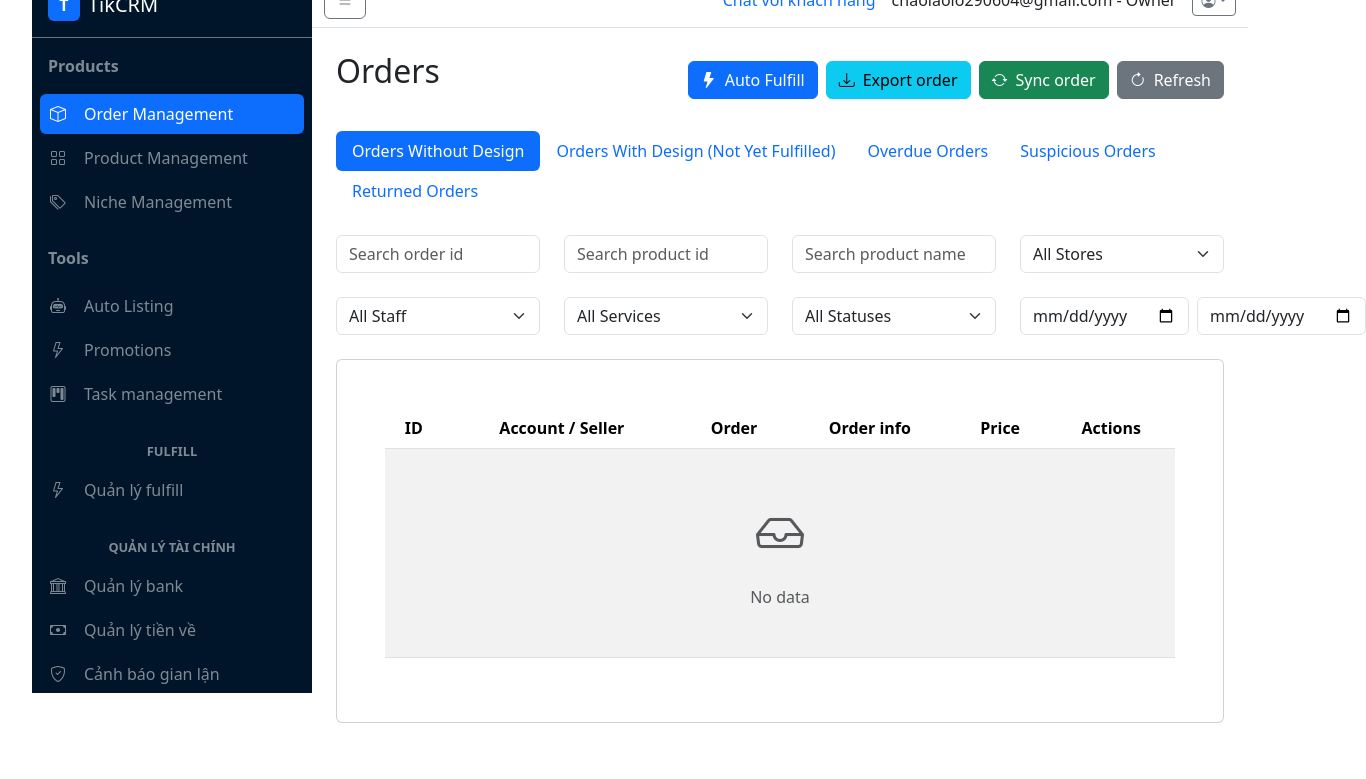
Repository: chaolaolo/tikcrm-fe
Page: /dashboard
The author's editor kept a copy of each file at every save. The page is drawn from the files as they stood at one save, then again after the next save.
The browser window is 1280 px wide. The page is 1366 px wide, so the pictures cover 1366 px, including what lies to the right of the window. The pictures show the whole page.
The project was rebuilt for these pictures with package versions that can differ from the ones it lists, and the page was loaded fresh each time. Some packages were replaced by stand-ins written for this rebuild. Also part of the build but not shown: vite.config.ts, src/pages/Auth/Login/LoginPage.tsx, src/pages/Auth/Register/RegisterPage.tsx, src/pages/Home/Settings.tsx, src/pages/Home/HomePage.tsx, src/pages/Auth/ForgotPassword/ForgotPassword.tsx.

Above is the page before, as saved 2025-05-23 12:49:10.

### src/main.tsx
import React, { StrictMode } from 'react'
import ReactDOM from 'react-dom/client';
import { createRoot } from 'react-dom/client'
import './index.css'
import { BrowserRouter } from 'react-router-dom';
import { AuthProvider } from './store/AuthContext.tsx';
import App from './App.tsx'
import 'antd/dist/reset.css';
import 'bootstrap/dist/css/bootstrap.min.css';
import 'bootstrap/dist/js/bootstrap.bundle.min.js';

ReactDOM.createRoot(document.getElementById('root')!).render(
  <React.StrictMode>
    <AuthProvider>
      <BrowserRouter>
        <App />
      </BrowserRouter>
    </AuthProvider>
  </React.StrictMode>
)

### src/store/AuthContext.tsx
import React, { createContext, useContext, useState, type ReactNode } from 'react';

interface AuthContextProps {
  isLoggedIn: boolean;
  login: () => void;
  logout: () => void;
}

const AuthContext = createContext<AuthContextProps | undefined>(undefined);

export const AuthProvider = ({ children }: { children: ReactNode }) => {
  const [isLoggedIn, setIsLoggedIn] = useState(false);

  const login = () => setIsLoggedIn(true);
  const logout = () => setIsLoggedIn(false);

  return (
    <AuthContext.Provider value={{ isLoggedIn, login, logout }}>
      {children}
    </AuthContext.Provider>
  );
};

export const useAuth = () => {
  const context = useContext(AuthContext);
  if (!context) throw new Error('useAuth must be used within AuthProvider');
  return context;
};

### src/App.tsx
// import { useState } from 'react'
// import reactLogo from './assets/react.svg'
// import viteLogo from '/vite.svg'
// import './App.css'
// import { useAuth } from './store/AuthContext';
// import { Navigate, Route, Routes } from 'react-router-dom';
// import LoginPage from './pages/Auth/Login/LoginPage';
// import RegisterPage from './pages/Auth/Register/RegisterPage';
// import HomePage from './pages/Home/HomePage';
// import 'bootstrap/dist/css/bootstrap.min.css';
// import 'bootstrap/dist/js/bootstrap.bundle.min.js';
// import 'antd/dist/reset.css'
// import ForgotPassword from './pages/Auth/ForgotPassword/ForgotPassword';

// const App = () => {
//   const { isLoggedIn } = useAuth();

//   return (
//     <Routes>
//       <Route path="/login" element={<LoginPage />} />
//       <Route path="/register" element={<RegisterPage />} />
//       <Route path="/forgot-password" element={<ForgotPassword />} />
//       <Route
//         path="/home/*"
//         element={isLoggedIn ? <HomePage /> : <Navigate to="/login" />}
//       />
//       <Route path="*" element={<Navigate to={isLoggedIn ? "/home" : "/login"} />} />
//     </Routes>
//   );
// };

// export default App;


import { useState } from 'react'
import reactLogo from './assets/react.svg'
import viteLogo from '/vite.svg'
import './App.css'
import { useAuth } from './store/AuthContext';
import { Navigate, Route, Routes } from 'react-router-dom';
import LoginPage from './pages/Auth/Login/LoginPage';
import RegisterPage from './pages/Auth/Register/RegisterPage';
import HomePage from './pages/Home/HomePage';
import 'bootstrap/dist/css/bootstrap.min.css';
import 'bootstrap/dist/js/bootstrap.bundle.min.js';
import 'bootstrap-icons/font/bootstrap-icons.css';
import 'antd/dist/reset.css'
import ForgotPassword from './pages/Auth/ForgotPassword/ForgotPassword';
import Dashboard from './pages/Dashboard/Dashboard';

const App = () => {
  const { isLoggedIn } = useAuth();

  return (
    <Routes>
      <Route path="/login" element={<LoginPage />} />
      <Route path="/register" element={<RegisterPage />} />
      <Route path="/forgot-password" element={<ForgotPassword />} />
      <Route path="/dashboard" element={<Dashboard />} />
      {/* <Route
        path="/dashboard"
        element={isLoggedIn ? <Dashboard /> : <Navigate to="/login" />}
      /> */}
      <Route
        path="/home/*"
        element={isLoggedIn ? <HomePage /> : <Navigate to="/login" />}
      />
      <Route path="*" element={<Navigate to={isLoggedIn ? "/dashboard" : "/login"} />} />
    </Routes>
  );
};

export default App;

### src/pages/Dashboard/Dashboard.tsx
import React, { useState } from 'react';
import Layout from '../Layouts/Layout';

const Dashboard: React.FC = () => {
  return (
    <Layout>
      <div>
        <div className="d-flex justify-content-between align-items-center mb-4">
          <h2>Orders</h2>
          <div className="d-flex gap-2">
            <button className="btn btn-primary">
              <i className="bi bi-lightning-fill me-2"></i>
              Auto Fulfill
            </button>
            <button className="btn btn-info">
              <i className="bi bi-download me-2"></i>
              Export order
            </button>
            <button className="btn btn-success">
              <i className="bi bi-arrow-repeat me-2"></i>
              Sync order
            </button>
            <button className="btn btn-secondary">
              <i className="bi bi-arrow-clockwise me-2"></i>
              Refresh
            </button>
          </div>
        </div>

        {/* Order Status Tabs */}
        <div className="mb-4">
          <ul className="nav nav-pills">
            <li className="nav-item">
              <a className="nav-link active" href="#">Orders Without Design</a>
            </li>
            <li className="nav-item">
              <a className="nav-link" href="#">Orders With Design (Not Yet Fulfilled)</a>
            </li>
            <li className="nav-item">
              <a className="nav-link" href="#">Overdue Orders</a>
            </li>
            <li className="nav-item">
              <a className="nav-link" href="#">Suspicious Orders</a>
            </li>
            <li className="nav-item">
              <a className="nav-link" href="#">Returned Orders</a>
            </li>
          </ul>
        </div>

        {/* Filters */}
        <div className="row mb-4">
          <div className="col-md-3">
            <input type="text" className="form-control" placeholder="Search order id" />
          </div>
          <div className="col-md-3">
            <input type="text" className="form-control" placeholder="Search product id" />
          </div>
          <div className="col-md-3">
            <input type="text" className="form-control" placeholder="Search product name" />
          </div>
          <div className="col-md-3">
            <select className="form-select">
              <option>All Stores</option>
            </select>
          </div>
        </div>

        <div className="row mb-4">
          <div className="col-md-3">
            <select className="form-select">
              <option>All Staff</option>
            </select>
          </div>
          <div className="col-md-3">
            <select className="form-select">
              <option>All Services</option>
            </select>
          </div>
          <div className="col-md-3">
            <select className="form-select">
              <option>All Statuses</option>
            </select>
          </div>
          <div className="col-md-3">
            <div className="d-flex gap-2">
              <input type="date" className="form-control" placeholder="Start date" />
              <input type="date" className="form-control" placeholder="End date" />
            </div>
          </div>
        </div>

        {/* Orders Table */}
        <div className="card">
          <div className="card-body">
            <table className="table table-striped">
              <thead>
                <tr>
                  <th>ID</th>
                  <th>Account / Seller</th>
                  <th>Order</th>
                  <th>Order info</th>
                  <th>Price</th>
                  <th>Actions</th>
                </tr>
              </thead>
              <tbody>
                <tr>
                  <td colSpan="6" className="text-center py-5 text-muted">
                    <div className="d-flex flex-column align-items-center">
                      <i className="bi bi-inbox" style={{ fontSize: '3rem', marginBottom: '1rem' }}></i>
                      <span>No data</span>
                    </div>
                  </td>
                </tr>
              </tbody>
            </table>
          </div>
        </div>
      </div>
    </Layout>
  );
};

export default Dashboard;

### src/pages/Auth/Login/Login.css

.custom-login-btn {
  background-color: #47bac1;
  border-color: #47bac1;
  color: #fff;
}

.custom-login-btn:hover {
  background-color: var(--bs-primary);
  border-color: var(--bs-primary);
  color: #fff;
}


.custom-hover-underline {
  text-decoration: none;
  color: #47bac1;
}

.custom-hover-underline:hover {
  text-decoration: underline;
}


.form-control:focus {
  border-color: #47bac1;
  box-shadow: 0 0 0 0.25rem rgba(71, 186, 193, 0.25);
}

### src/pages/Layouts/Layout.tsx
import React, { useState } from 'react';
import 'bootstrap/dist/css/bootstrap.min.css';

interface LayoutProps {
  children: React.ReactNode;
}

const Layout: React.FC<LayoutProps> = ({ children }) => {
  const [isCollapsed, setIsCollapsed] = useState(false);

  const toggleSidebar = () => {
    setIsCollapsed(!isCollapsed);
  };

  return (
    <div className="d-flex" style={{ minHeight: '100vh' }}>
      {/* Sidebar */}
      <div
        className={`text-white position-fixed h-100 ${isCollapsed ? 'collapsed-sidebar' : ''}`}
        style={{
          width: isCollapsed ? '60px' : '280px',
          transition: 'width 0.3s ease',
          zIndex: 1000,
          overflowY: 'auto',
          overflowX: 'hidden',
          background: '#001529',
        }}
      >
        {/* Header */}
        <div className="p-3 border-bottom border-secondary">
          <div className="d-flex align-items-center">
            <div
              className="bg-primary rounded d-flex align-items-center justify-content-center me-2"
              style={{ width: '32px', height: '32px', fontSize: '16px', fontWeight: 'bold' }}
            >
              T
            </div>
            {!isCollapsed && <h5 className="mb-0 text-white">TikCRM</h5>}
          </div>
        </div>

        {/* Menu Items */}
        <div className="py-3">
          {/* Products Section */}
          <div className="px-3 mb-2 text-start">
            {!isCollapsed && <p className="text-white-50 fw-bold">Products</p>}
          </div>

          <div className="px-2">
            <a href="#" className="d-flex align-items-center text-white text-decoration-none p-2 rounded mb-1 bg-primary">
              <i className="bi bi-box me-3" style={{ width: '20px' }}></i>
              {!isCollapsed && <span>Order Management</span>}
            </a>
            <a href="#" className="d-flex align-items-center text-white-50 text-decoration-none p-2 rounded mb-1 hover-bg-secondary">
              <i className="bi bi-grid me-3" style={{ width: '20px' }}></i>
              {!isCollapsed && <span>Product Management</span>}
            </a>
            <a href="#" className="d-flex align-items-center text-white-50 text-decoration-none p-2 rounded mb-1 hover-bg-secondary">
              <i className="bi bi-tags me-3" style={{ width: '20px' }}></i>
              {!isCollapsed && <span>Niche Management</span>}
            </a>
          </div>

          {/* Tools Section */}
          <div className="px-3 mb-2 mt-4 text-start">
            {!isCollapsed && <p className="text-white-50 fw-bold">Tools</p>}
          </div>

          <div className="px-2">
            <a href="#" className="d-flex align-items-center text-white-50 text-decoration-none p-2 rounded mb-1 hover-bg-secondary">
              <i className="bi bi-robot me-3" style={{ width: '20px' }}></i>
              {!isCollapsed && <span>Auto Listing</span>}
            </a>
            <a href="#" className="d-flex align-items-center text-white-50 text-decoration-none p-2 rounded mb-1 hover-bg-secondary">
              <i className="bi bi-lightning me-3" style={{ width: '20px' }}></i>
              {!isCollapsed && <span>Promotions</span>}
            </a>
            <a href="#" className="d-flex align-items-center text-white-50 text-decoration-none p-2 rounded mb-1 hover-bg-secondary">
              <i className="bi bi-kanban me-3" style={{ width: '20px' }}></i>
              {!isCollapsed && <span>Task management</span>}
            </a>
          </div>

          {/* Fulfill Section */}
          <div className="px-3 mb-2 mt-4">
            {!isCollapsed && <small className="text-white-50 text-uppercase fw-bold">Fulfill</small>}
          </div>

          <div className="px-2">
            <a href="#" className="d-flex align-items-center text-white-50 text-decoration-none p-2 rounded mb-1 hover-bg-secondary">
              <i className="bi bi-lightning me-3" style={{ width: '20px' }}></i>
              {!isCollapsed && <span>Quản lý fulfill</span>}
            </a>
          </div>

          {/* Quản lý tài chính Section */}
          <div className="px-3 mb-2 mt-4">
            {!isCollapsed && <small className="text-white-50 text-uppercase fw-bold">Quản lý tài chính</small>}
          </div>

          <div className="px-2">
            <a href="#" className="d-flex align-items-center text-white-50 text-decoration-none p-2 rounded mb-1 hover-bg-secondary">
              <i className="bi bi-bank me-3" style={{ width: '20px' }}></i>
              {!isCollapsed && <span>Quản lý bank</span>}
            </a>
            <a href="#" className="d-flex align-items-center text-white-50 text-decoration-none p-2 rounded mb-1 hover-bg-secondary">
              <i className="bi bi-cash me-3" style={{ width: '20px' }}></i>
              {!isCollapsed && <span>Quản lý tiền về</span>}
            </a>
            <a href="#" className="d-flex align-items-center text-white-50 text-decoration-none p-2 rounded mb-1 hover-bg-secondary">
              <i className="bi bi-shield-check me-3" style={{ width: '20px' }}></i>
              {!isCollapsed && <span>Cảnh báo gian lận</span>}
            </a>
          </div>

          {/* Accounts Section */}
          <div className="px-3 mb-2 mt-4">
            {!isCollapsed && <small className="text-white-50 text-uppercase fw-bold">Accounts</small>}
          </div>

          <div className="px-2">
            <a href="#" className="d-flex align-items-center text-white-50 text-decoration-none p-2 rounded mb-1 hover-bg-secondary">
              <i className="bi bi-shop me-3" style={{ width: '20px' }}></i>
              {!isCollapsed && <span>Trung tâm thanh toán</span>}
            </a>
            <a href="#" className="d-flex align-items-center text-white-50 text-decoration-none p-2 rounded mb-1 hover-bg-secondary">
              <i className="bi bi-link me-3" style={{ width: '20px' }}></i>
              {!isCollapsed && <span>Connect Shop</span>}
            </a>
            <a href="#" className="d-flex align-items-center text-white-50 text-decoration-none p-2 rounded mb-1 hover-bg-secondary">
              <i className="bi bi-people me-3" style={{ width: '20px' }}></i>
              {!isCollapsed && <span>Quản lý nhân viên</span>}
            </a>
            <a href="#" className="d-flex align-items-center text-white-50 text-decoration-none p-2 rounded mb-1 hover-bg-secondary">
              <i className="bi bi-gear me-3" style={{ width: '20px' }}></i>
              {!isCollapsed && <span>Cài đặt tài khoản</span>}
            </a>
            <a href="#" className="d-flex align-items-center text-white-50 text-decoration-none p-2 rounded mb-1 hover-bg-secondary">
              <i className="bi bi-file-earmark me-3" style={{ width: '20px' }}></i>
              {!isCollapsed && <span>Cài đặt Template</span>}
            </a>
          </div>
        </div>
      </div>

      {/* Main Content */}
      <div
        className="flex-grow-1"
        style={{
          marginLeft: isCollapsed ? '60px' : '280px',
          transition: 'margin-left 0.3s ease'
        }}
      >
        {/* Top Navigation */}
        <nav className="navbar navbar-expand-lg navbar-light bg-white border-bottom">
          <div className="container-fluid">
            <button
              className="btn btn-outline-secondary me-3"
              onClick={toggleSidebar}
            >
              <i className="bi bi-list"></i>
            </button>

            <div className="d-flex align-items-center ms-auto">
              <span className="me-3 text-primary">Chat với khách hàng</span>
              <span className="me-3">chaolaolo290604@gmail.com - Owner</span>
              <div className="dropdown">
                <button
                  className="btn btn-sm btn-outline-secondary dropdown-toggle"
                  type="button"
                  data-bs-toggle="dropdown"
                >
                  <i className="bi bi-person-circle"></i>
                </button>
                <ul className="dropdown-menu">
                  <li><a className="dropdown-item" href="#">Profile</a></li>
                  <li><a className="dropdown-item" href="#">Settings</a></li>
                  <li><hr className="dropdown-divider" /></li>
                  <li><a className="dropdown-item" href="#">Logout</a></li>
                </ul>
              </div>
            </div>
          </div>
        </nav>

        {/* Page Content */}
        <main className="p-4">
          {children}
        </main>
      </div>

      <style jsx>{`
        .hover-bg-secondary:hover {
          background-color: rgba(108, 117, 125, 0.2) !important;
        }

        .collapsed-sidebar .text-muted {
          display: none;
        }

        @media (max-width: 768px) {
          .sidebar {
            width: 60px !important;
          }

          .main-content {
            margin-left: 60px !important;
          }
        }
      `}</style>
    </div>
  );
};

export default Layout;

Loaded but not shown: index.html (common file); src/index.css (common file); src/App.css (common file)

After the next save:
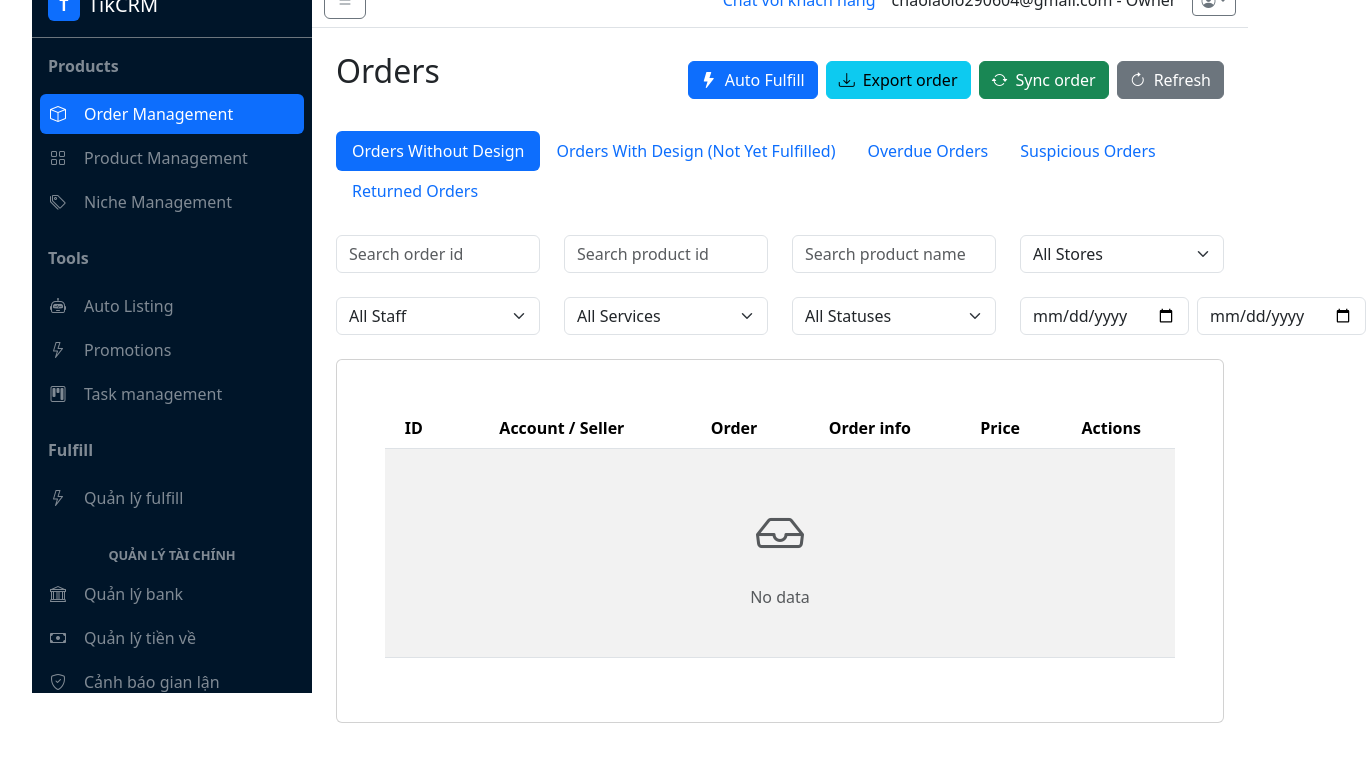
Saved 22 s later.
--- a/src/pages/Layouts/Layout.tsx
+++ b/src/pages/Layouts/Layout.tsx
@@ -82,8 +82,8 @@
           </div>
 
           {/* Fulfill Section */}
-          <div className="px-3 mb-2 mt-4">
-            {!isCollapsed && <small className="text-white-50 text-uppercase fw-bold">Fulfill</small>}
+          <div className="px-3 mb-2 mt-4 text-start">
+            {!isCollapsed && <p className="text-white-50 fw-bold">Fulfill</p>}
           </div>
 
           <div className="px-2">
